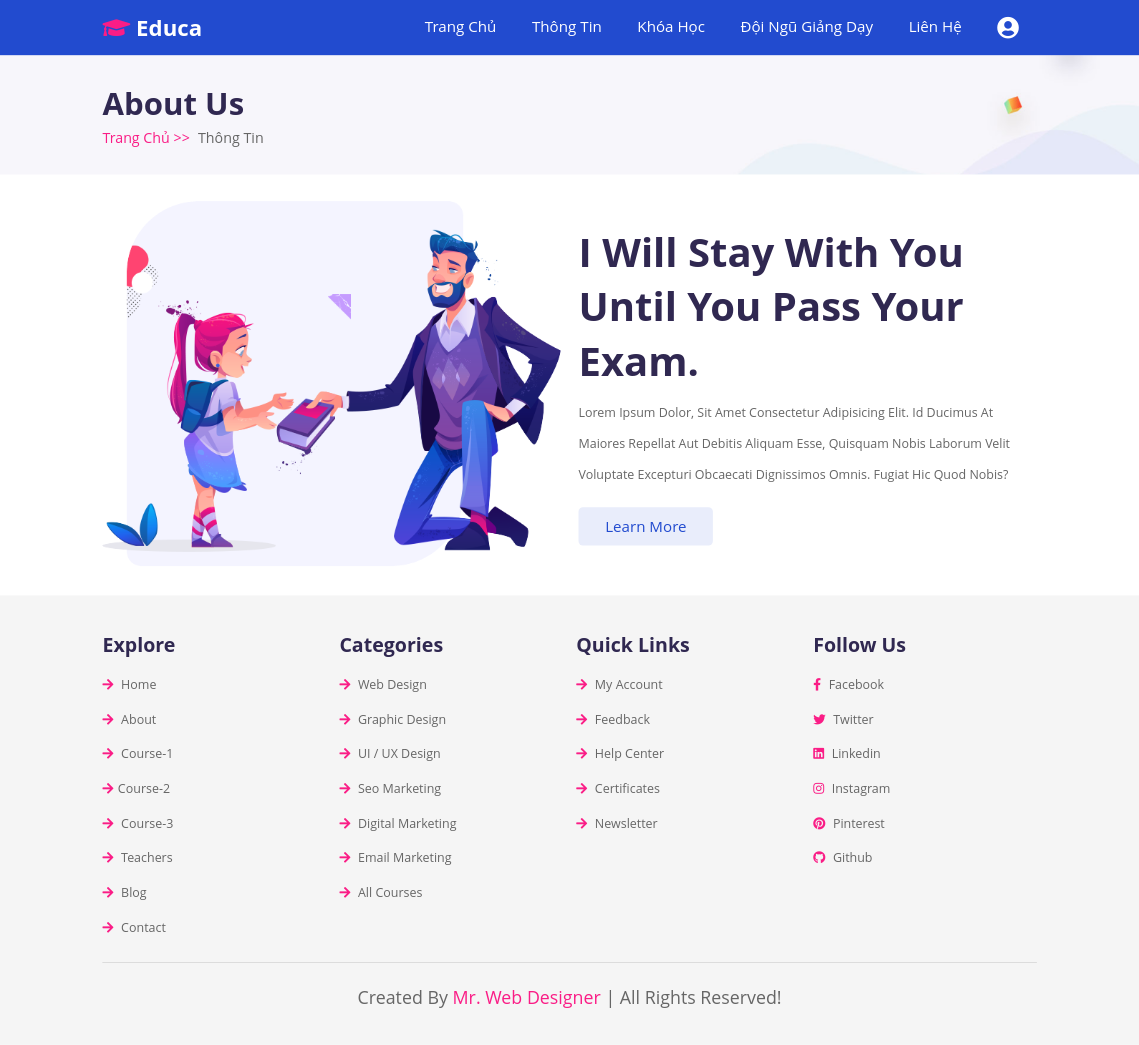
Repository: nhatkhanh022400/Layout
Page: Page-User/about.html
The author's editor kept a copy of each file at every save. The page is drawn from the files as they stood at one save, then again after the next save.
The browser window is 1280 px wide. The pictures show the whole page, at 89% of full size.

Above is the page before, as saved 2022-03-22 16:32:08.
Console error: ReferenceError: $ is not defined

After the next save:
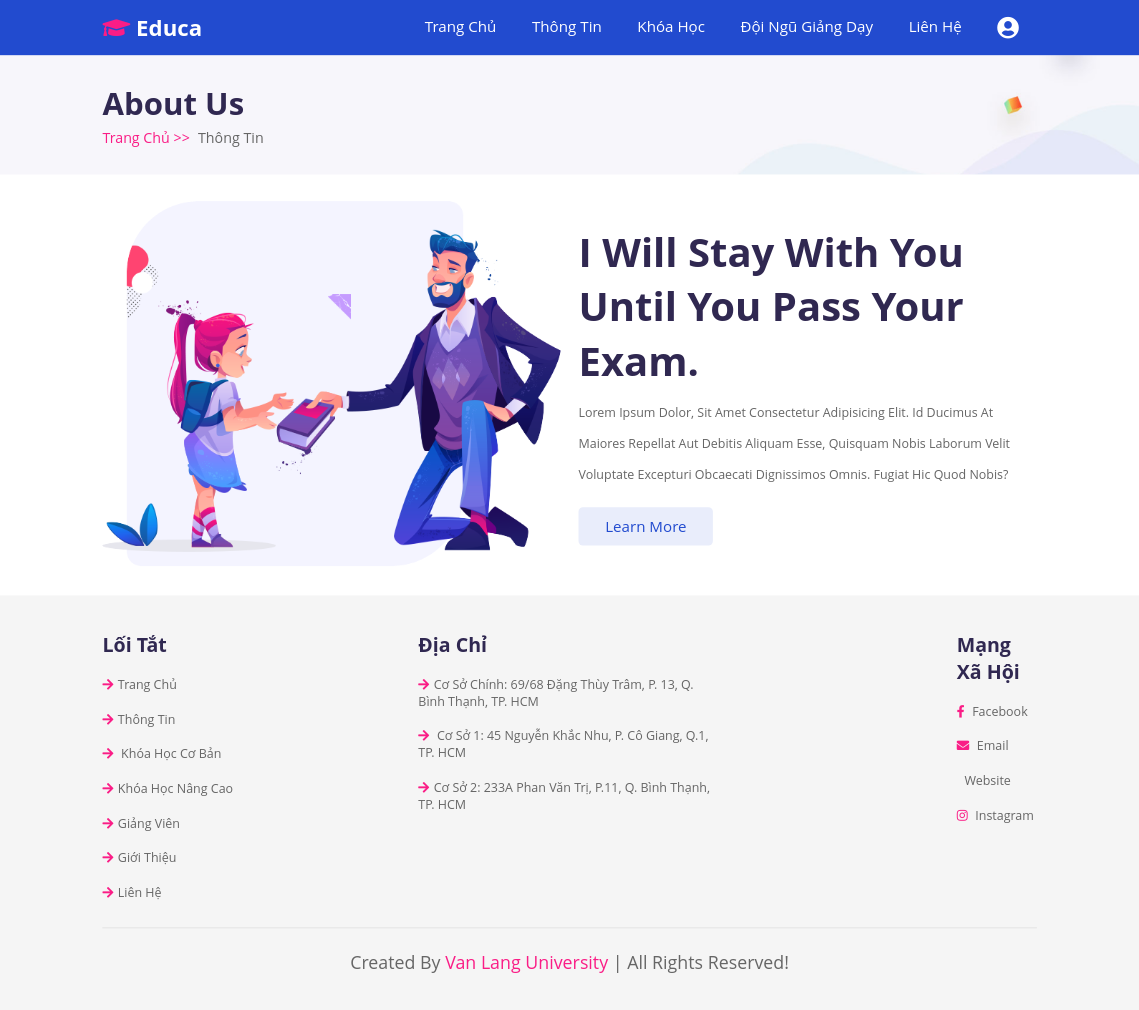
Saved 19 s later.
--- a/Page-User/about.html
+++ b/Page-User/about.html
@@ -110,50 +110,36 @@
     <div class="box-container">
 
         <div class="box">
-            <h3>explore</h3>
-            <a href="home.html"> <i class="fas fa-arrow-right"></i> home </a>
-            <a href="about.html"> <i class="fas fa-arrow-right"></i> about </a>
-            <a href="course-1.html"> <i class="fas fa-arrow-right"></i> course-1 </a>
-            <a href="course-2.html"> <i class="fas fa-arrow-right"></i>course-2 </a>
-            <a href="course-3.html"> <i class="fas fa-arrow-right"></i> course-3 </a>
-            <a href="teachers.html"> <i class="fas fa-arrow-right"></i> teachers </a>
-            <a href="blog.html"> <i class="fas fa-arrow-right"></i> blog </a>
-            <a href="contact.html"> <i class="fas fa-arrow-right"></i> contact </a>
+            <h3>Lối Tắt</h3>
+            <a href="home.html"> <i class="fas fa-arrow-right"></i>Trang Chủ</a>
+            <a href="about.html"> <i class="fas fa-arrow-right"></i>Thông Tin </a>
+            <a href="course-1.html"> <i class="fas fa-arrow-right"></i> Khóa Học Cơ Bản</a>
+            <a href="course-2.html"> <i class="fas fa-arrow-right"></i>Khóa Học Nâng Cao</a>
+            <a href="teachers.html"> <i class="fas fa-arrow-right"></i>Giảng Viên</a>
+            <a href="blog.html"> <i class="fas fa-arrow-right"></i>Giới Thiệu</a>
+            <a href="contact.html"> <i class="fas fa-arrow-right"></i>Liên Hệ</a>
         </div>
 
         <div class="box">
-            <h3>categories</h3>
-            <a href="#"> <i class="fas fa-arrow-right"></i> web design </a>
-            <a href="#"> <i class="fas fa-arrow-right"></i> graphic design</a>
-            <a href="#"> <i class="fas fa-arrow-right"></i> UI / UX design</a>
-            <a href="#"> <i class="fas fa-arrow-right"></i> seo marketing</a>
-            <a href="#"> <i class="fas fa-arrow-right"></i> digital marketing</a>
-            <a href="#"> <i class="fas fa-arrow-right"></i> email marketing</a>
-            <a href="#"> <i class="fas fa-arrow-right"></i> all courses</a>
+            <h3>Địa Chỉ</h3>
+            <a href="#"> <i class="fas fa-arrow-right"></i>Cơ sở chính: 69/68 Đặng Thùy Trâm, P. 13, Q. Bình Thạnh, TP. HCM</a>
+            <a href="#"> <i class="fas fa-arrow-right"></i> Cơ sở 1: 45 Nguyễn Khắc Nhu, P. Cô Giang, Q.1, TP. HCM</a>
+            <a href="#"> <i class="fas fa-arrow-right"></i>Cơ sở 2: 233A Phan Văn Trị, P.11, Q. Bình Thạnh, TP. HCM</a>
+
         </div>
 
-        <div class="box">
-            <h3>quick links</h3>
-            <a href="#"> <i class="fas fa-arrow-right"></i> my account </a>
-            <a href="#"> <i class="fas fa-arrow-right"></i> feedback </a>
-            <a href="#"> <i class="fas fa-arrow-right"></i> help center </a>
-            <a href="#"> <i class="fas fa-arrow-right"></i> certificates </a>
-            <a href="#"> <i class="fas fa-arrow-right"></i> newsletter </a>
-        </div>
+        <div class="box" style="margin-left: 25rem;">
+            <h3>Mạng Xã Hội</h3>
+            <a href="#"> <i class="fab fa-facebook-f"></i> facebook </a>
+            <a href="#"> <i class="fas fa-envelope"></i> email</a>
+            <a href="#"> <i class="far fa-browser"></i> website </a>
+            <a href="#"> <i class="fab fa-instagram"></i> instagram </a>
 
-        <div class="box">
-            <h3>follow us</h3>
-            <a href="#"> <i class="fab fa-facebook-f"></i> facebook </a>
-            <a href="#"> <i class="fab fa-twitter"></i> twitter </a>
-            <a href="#"> <i class="fab fa-linkedin"></i> linkedin </a>
-            <a href="#"> <i class="fab fa-instagram"></i> instagram </a>
-            <a href="#"> <i class="fab fa-pinterest"></i> pinterest </a>
-            <a href="#"> <i class="fab fa-github"></i> github </a>
         </div>
 
     </div>
 
-    <div class="credit"> created by <span>mr. web designer</span> | all rights reserved! </div>
+    <div class="credit"> created by <span>Van Lang University</span> | all rights reserved! </div>
 
 </section>
 
